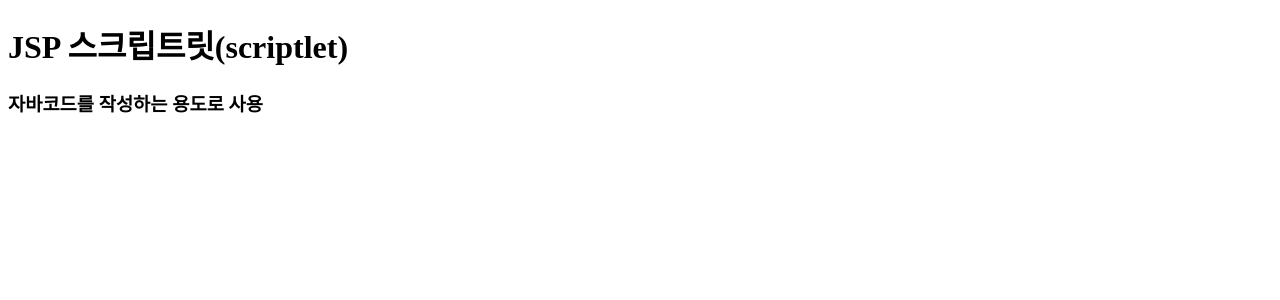
Repository: SeYoung1012/Bitcamp
Page: http://localhost/02_JSP/01_scriptlet.jsp
The author's editor kept a copy of each file at every save. The page is drawn from the files as they stood at one save, then again after the next save.
The browser window is 1280 px wide. The pictures show the whole page.
The page is served by Tomcat 9.

Above is the page before, as saved 2021-09-24 08:37:40.

### 60_web/02_JSP/WebContent/01_scriptlet.jsp
<%@ page language="java" contentType="text/html; charset=UTF-8"
    pageEncoding="UTF-8"%>
<!DOCTYPE html>
<html>
<head>
<meta charset="UTF-8">
<title>JSP 스크립트릿(scriptlet)</title>
</head>
<body>
	<h1> JSP 스크립트릿(scriptlet)</h1>
	<h3> 자바코드를 작성하는 용도로 사용</h3>
	<%
	int a = 100;
	int b = 55;
	System.out.println(">>콘솔창에 출력");
	System.out.println("a + b : " + ( a + b ));
	%>

<%
	//JSP에서 제공하는 내장 객체 out 객체
	//서블릿 작성 시 PrintWriter


%>


</body>
</html>

After the next save:
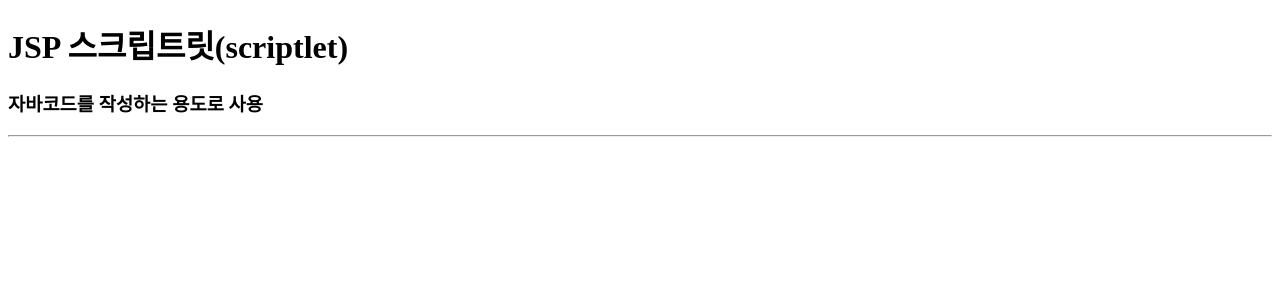
Saved 115 s later.
--- a/60_web/02_JSP/WebContent/01_scriptlet.jsp
+++ b/60_web/02_JSP/WebContent/01_scriptlet.jsp
@@ -18,7 +18,12 @@
 
 <%
 	//JSP에서 제공하는 내장 객체 out 객체
-	//서블릿 작성 시 PrintWriter
+	//서블릿 작성 시 PrintWriter out = response.getWriter();
+	//형태로 사용했던 out 객체라고 생각하면 됨
+
+	out.println("<hr>");
+	out.println("<p></p>");
+
 
 
 %>
